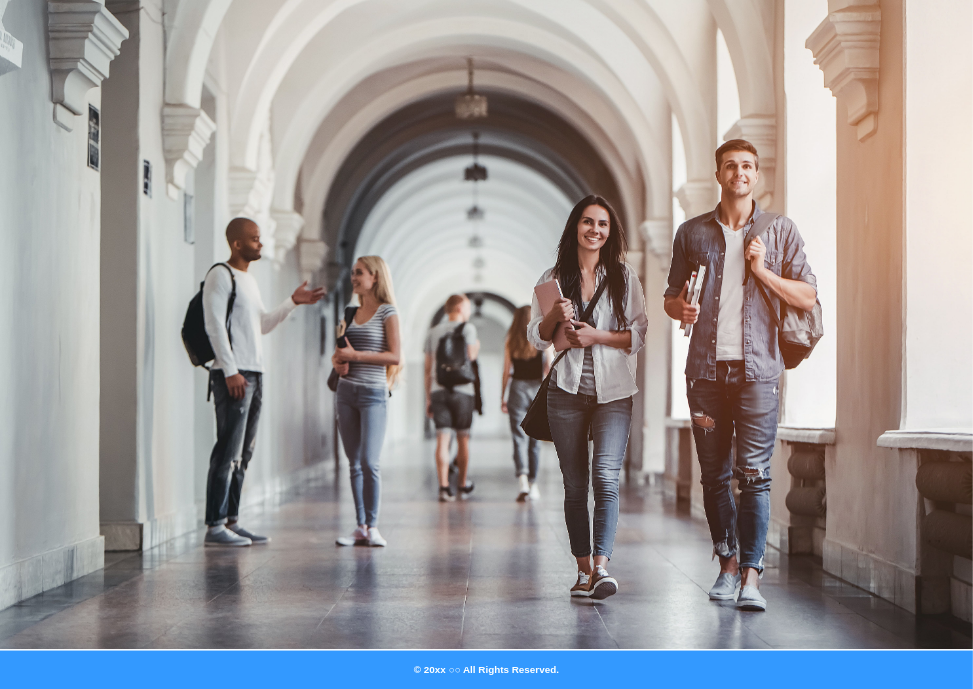
Repository: yamadamutsumi/samurai_HTML-CSS
Page: home.html
The author's editor kept a record of every edit. The page is drawn from the files as they stood at one moment, then again after the next edit.
The browser window is 1280 px wide. The pictures show the whole page, at 76% of full size.
Pictures or frames that could not be fetched are drawn as grey boxes.

Above is the page before.

After the next edit:
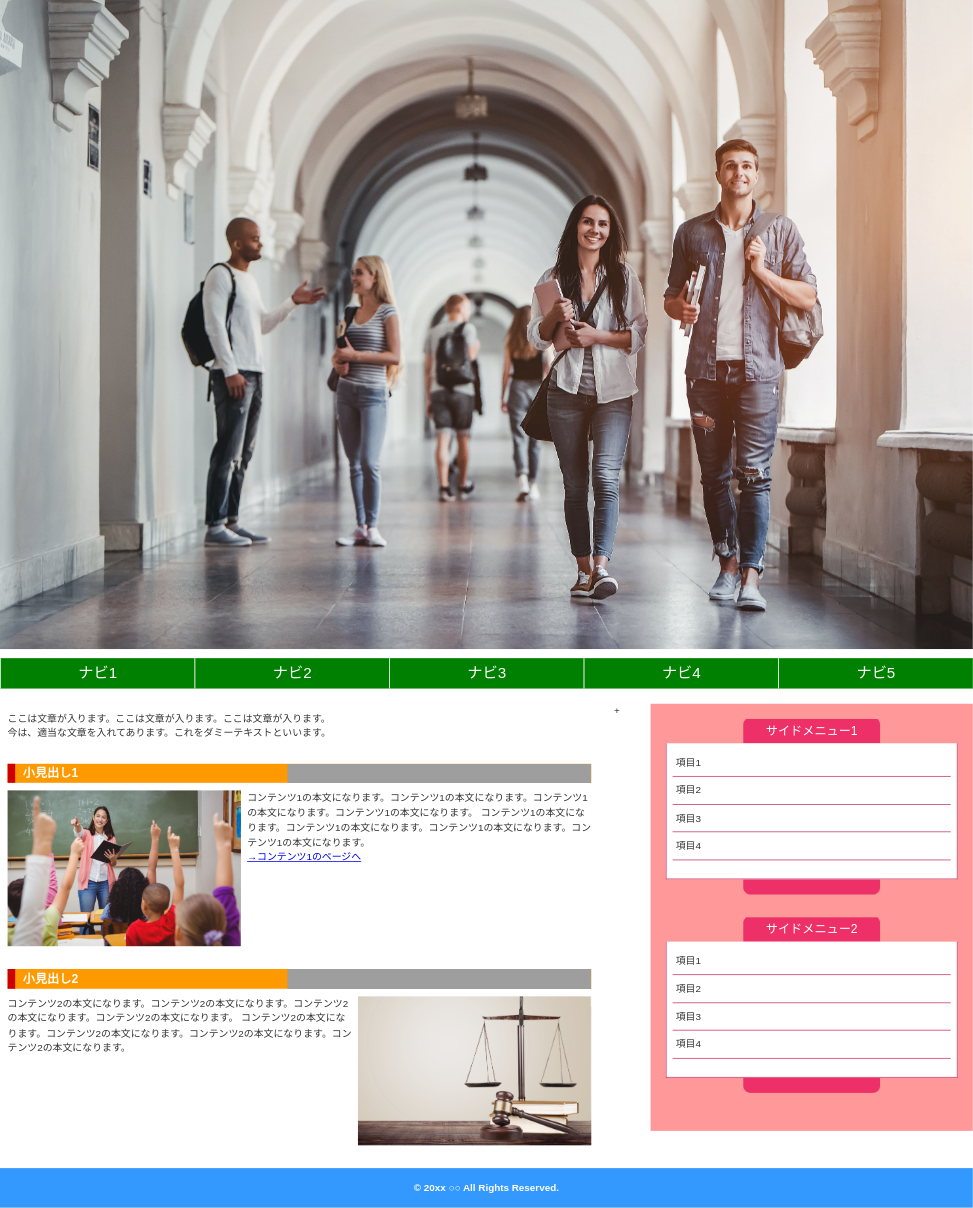
The edit:
--- a/home.html
+++ b/home.html
@@ -10,6 +10,63 @@
             <h1><a href="index.html"><img id="corridor" src="images/corridor.jpg" alt="大学の廊下" /></a></h1>
         </div>
         <div id="wrapper">
+                        <div id="nav">
+                <ul>
+                    <li><a href="home.html">ナビ1</a></li>
+                    <li><a href="#">ナビ2</a></li>
+                    <li><a href="#">ナビ3</a></li>
+                    <li><a href="#">ナビ4</a></li>
+                    <li><a href="#">ナビ5</a></li>
+                </ul>
+            </div>
+                        <div id="container">
+                <div id="main">
+                    <div class="post">
+                        <p>ここは文章が入ります。ここは文章が入ります。ここは文章が入ります。<br />今は、適当な文章を入れてあります。これをダミーテキストといいます。</p>
+                    </div>
+                    <div class="post clearfix">
+                        <h2>小見出し1</h2>
+                        <img class="left" src="images/classroom.jpg" alt="授業風景" />
+                        <p>
+                            コンテンツ1の本文になります。コンテンツ1の本文になります。コンテンツ1の本文になります。コンテンツ1の本文になります。
+                            コンテンツ1の本文になります。コンテンツ1の本文になります。コンテンツ1の本文になります。コンテンツ1の本文になります。
+                        </p>
+                        <p><a href="#">→コンテンツ1のページへ</a></p>
+                    </div>
+                    <div class="post clearfix">
+                        <h2>小見出し2</h2>
+                        <img class="right" src="images/scale.jpg" alt="天秤" />
+                        <p>
+                            コンテンツ2の本文になります。コンテンツ2の本文になります。コンテンツ2の本文になります。コンテンツ2の本文になります。
+                            コンテンツ2の本文になります。コンテンツ2の本文になります。コンテンツ2の本文になります。コンテンツ2の本文になります。
+                        </p>
+                    </div>
+                </div>
+                +                <div id="side">
+                    <div class="box">
+                        <h2>サイドメニュー1</h2>
+                        <div class="boxBody">
+                            <ul>
+                                <li>項目1</li>
+                                <li>項目2</li>
+                                <li>項目3</li>
+                                <li>項目4</li>
+                            </ul>
+                        </div>
+                    </div>
+                    <div class="box">
+                        <h2>サイドメニュー2</h2>
+                        <div class="boxBody">
+                            <ul>
+                                <li>項目1</li>
+                                <li>項目2</li>
+                                <li>項目3</li>
+                                <li>項目4</li>
+                            </ul>
+                        </div>
+                    </div>
+                </div>
+            </div>
         </div>
                 <div id="footer">
             <p>&copy; 20xx ○○ All Rights Reserved.</p>
